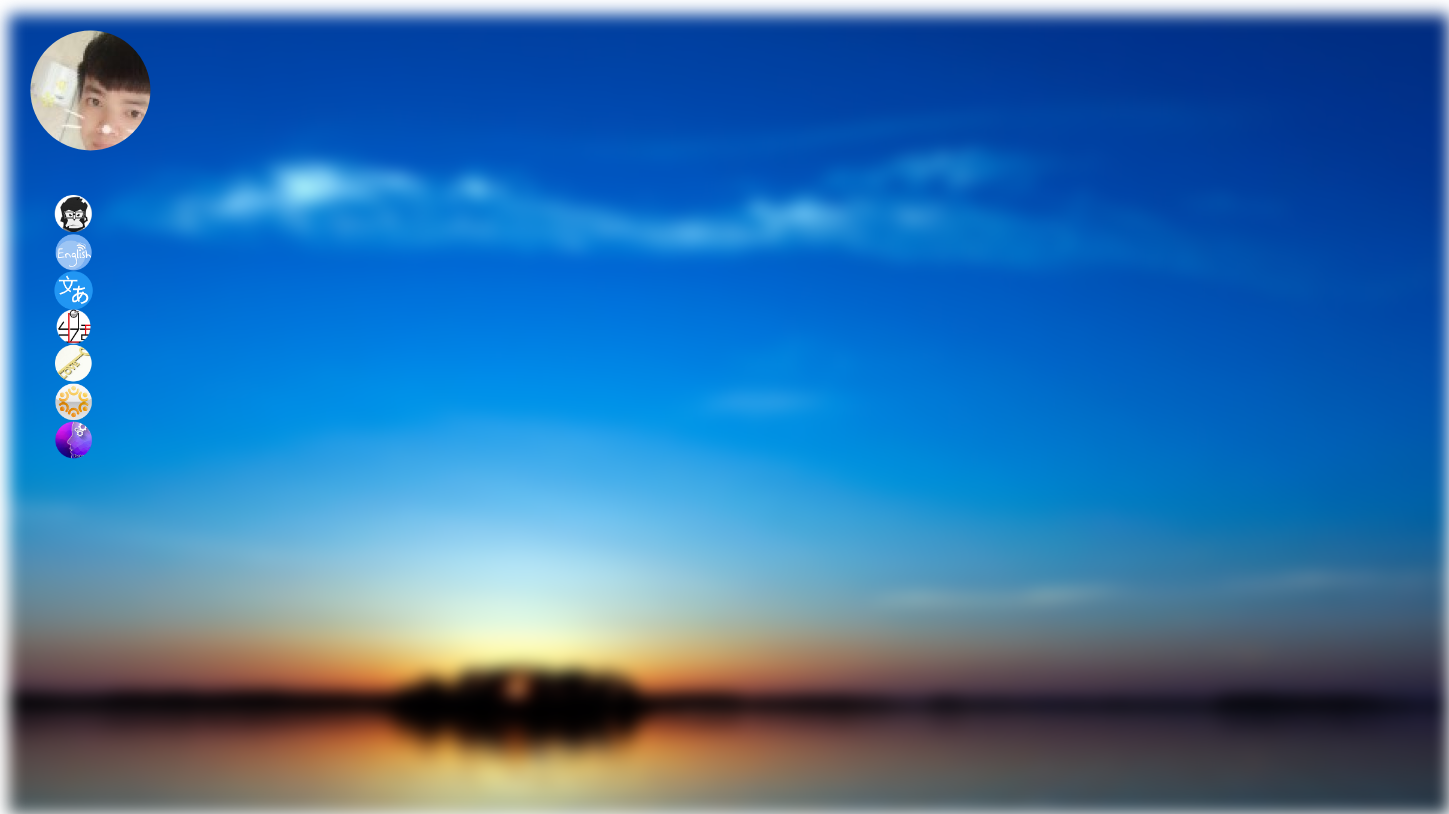
Repository: lidasi/monkeyLife
Page: http://localhost/monkeyLife/jsp/menubar.jsp
An editor plug-in stored every save of this project. The page is shown before and after the next save, followed by the edit.
The browser window is 1280 px wide. The page is 1811 px wide, so the pictures cover 1811 px, including what lies to the right of the window. The pictures show the whole page, at 80% of full size.
The page is served by Tomcat 9.

Above is the page before, as saved 2017-07-13 09:15:35.

### workSpeaces/monkeyLife/WebContent/jsp/menubar.jsp
<%@ page language="java" contentType="text/html; charset=UTF-8"
    pageEncoding="UTF-8"%>
<!DOCTYPE html PUBLIC "-//W3C//DTD HTML 4.01 Transitional//EN" "http://www.w3.org/TR/html4/loose.dtd">
<html>
<head>
<meta http-equiv="Content-Type" content="text/html; charset=UTF-8">
<link rel="stylesheet" type="text/css" media="screen" href="../css/menu.css">
    <script type="text/javascript" src="../js/jquery.min.js"></script>
    <script type="text/javascript" src="../js/fisheye-iutil.min.js"></script>
    <script type="text/javascript" src="../js/jquery.jqDock.min.js"></script>
    <script type="text/javascript">
        $(function(){
        	 var height = 1000;
             var width = 1800;
             $("#menuImage").height(height).width(width);

            var jqDockOpts = {align: 'left', duration: 200, labels: 'tc', size: 48, distance: 85};
            $('#jqDock').jqDock(jqDockOpts);
        });
    </script>
</head>
<body>
	<div id="menuRelative">
		<div id="menuImage">
		</div>
		<div id="headPortrait"></div>
		<div id="dockContainer">
		    <ul id="jqDock">
		        <li><a class="img-circle" href="#"><img src="../image/dock/monkey.png"   alt="Home" title="猿生活&nbsp;" /></a></li>
		        <li><a class="img-circle" href="#"><img src="../image/dock/English.png"  alt="Contact" title="EnglishStudy&nbsp;" /></a></li>
		        <li><a class="img-circle" href="#"><img src="../image/dock/Japanese.png"  alt="portfolio" title="日本語の勉強&nbsp;" /></a></li>
		        <li><a class="img-circle" href="#"><img src="../image/dock/Life.png"  alt="music" title="日常生活&nbsp;Examples" /></a></li>
		        <li><a class="img-circle" href="#"><img src="../image/dock/Feeling.png"  alt="video" width="128" title="感情写照" /></a></li>
		        <li><a class="img-circle" href="#"><img src="../image/dock/Contacts.png"  alt="history" width="128" title="脉络抒写" /></a></li>
		        <li><a class="img-circle" href="#"><img src="../image/dock/Memory.png"  alt="calendar" width="128" title="记忆珍藏" /></a></li>
		    </ul>
		</div><!-- end div #dockContainer -->
	</div>

</body>
</html>

### workSpeaces/monkeyLife/WebContent/css/menu.css
@CHARSET "UTF-8";
#menuRelative{position:relative;
	width:200px;
	height:100%}
#menuImage{
	position:absolute;
	left:3px;
	top:10px;
/*    border: 1px solid #CCCCCC;
    padding:90px 5px 10px;*/
    background: url("../image/dock/backgroundImage.jpg") no-repeat;
    background-size: cover;
    -webkit-filter: blur(10px);
    -ms-filter: blur(10px);
    filter: progid:DXImageTransform.Microsoft.Blur(PixelRadius=10, MakeShadow=false);
    animation:mymove 5s infinite;
    -webkit-animation:mymove 5s infinite;
}
 @keyframes mymove
{
    0%   {top:10px; background:url("../image/dock/backgroundImage.jpg"); position:absolute;}
    50% {top:10px; background:url("../image/dock/background_001.jpg"); position:absolute;}
    100% {top:10px; background:url("../image/dock/backgroundImage.jpg"); position:absolute;}
}

@-webkit-keyframes mymove
{
    0%   {top:0px; background:url("../image/dock/backgroundImage.jpg" position:absolute;);
    }
    50%   {top:0px; background:url("../image/dock/background_001.jpg" position:absolute;);
    }
    100% {top:0px; background:url("../image/dock/backgroundImage.jpg" position:absolute;);
    }
}
#headPortrait {
	left: 30px;
	top: 20px;
	width: 150px;
	height: 150px;
	position: absolute;
	background: url("../image/dock/headPortrait.jpg") no-repeat;
	border-radius:50%;
	margin:10px auto;
}
#dockContainer {
	position: absolute;
	top: 180px;
	left: 20px; }
#iframeDiv {
	position: fixed;
	top: 60px;
	left: 20px; }
#jqDock {
	position: relative;
	bottom: 48px; }
#jqDock li {
	list-style: none;
	margin-bottom: 0px }
.jqDockLabel {
	background: #333;
	color: #fff;
	padding: 3px 10px;
	-webkit-border-radius: 10px;
	-moz-border-radius: 10px;
}

Loaded but not shown: workSpeaces/monkeyLife/WebContent/js/jquery.min.js (library); workSpeaces/monkeyLife/WebContent/js/fisheye-iutil.min.js (library); workSpeaces/monkeyLife/WebContent/js/jquery.jqDock.min.js (library)

After the next save:
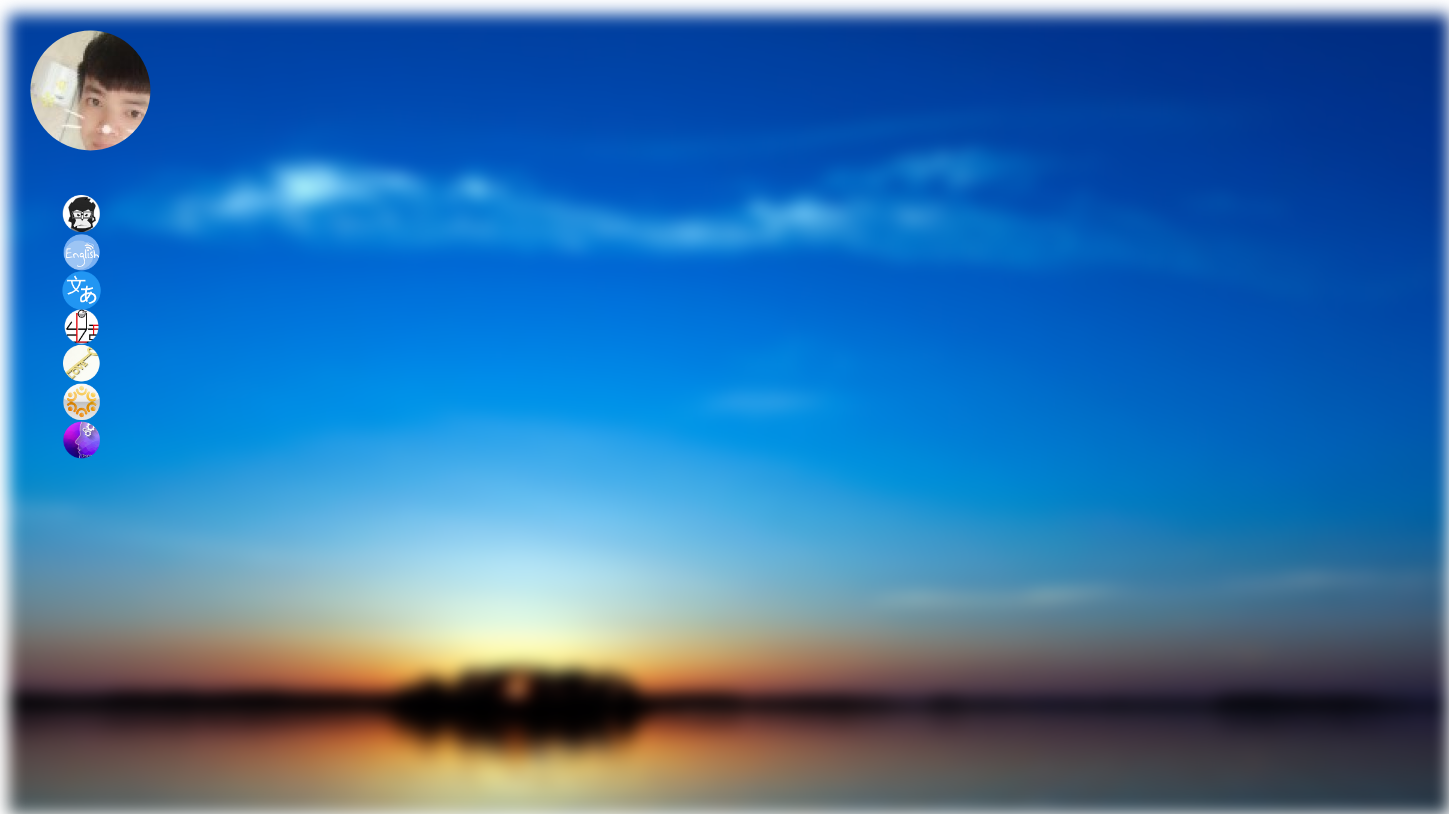
Saved 11 s later.
--- a/workSpeaces/monkeyLife/WebContent/css/menu.css
+++ b/workSpeaces/monkeyLife/WebContent/css/menu.css
@@ -45,7 +45,7 @@
 #dockContainer {
 	position: absolute;
 	top: 180px;
-	left: 20px; }
+	left: 30px; }
 #iframeDiv {
 	position: fixed;
 	top: 60px;
